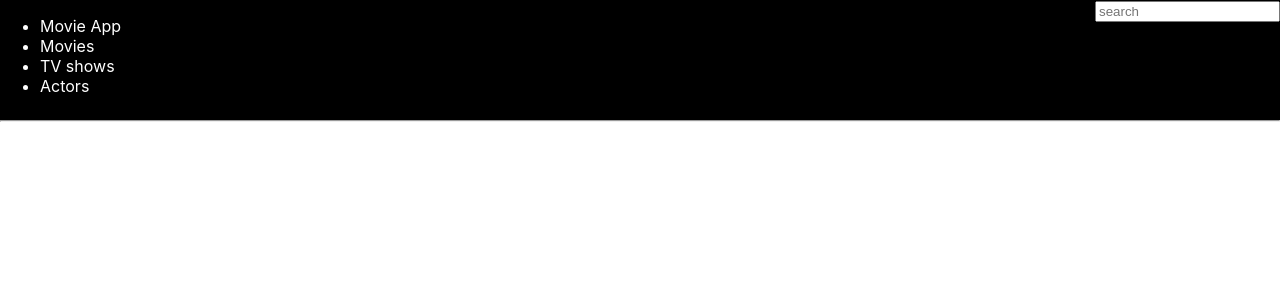
Repository: manahiang/MovieMana
Page: / (app in src/)
These files come from the project's save history. The page is drawn as it stood at one moment and after a run of saves; the edit follows.
The browser window is 1280 px wide. The pictures show the whole page.
The project was rebuilt for these pictures with package versions that can differ from the ones it lists, and the page was loaded fresh each time. Also part of the build but not shown: src/src/App.css.

Above is the page before, as saved 2022-11-14 10:38:09.

### src/src/index.css
body {
  margin: 0;
  font-family: -apple-system, BlinkMacSystemFont, 'Segoe UI', 'Roboto', 'Oxygen',
    'Ubuntu', 'Cantarell', 'Fira Sans', 'Droid Sans', 'Helvetica Neue',
    sans-serif;
  -webkit-font-smoothing: antialiased;
  -moz-osx-font-smoothing: grayscale;
  color: white;
}
.header{
  width: 100%;
  height: 100%;
  background-color: black;
}
.navbar{
  display: flex;
  justify-content: space-between;
}

### src/src/App.js
//import logo from './logo.svg';
import './App.css';
import  MoiveMana from'./movieMana'

function App() {
  return (
  <MoiveMana/>
  );
}

export default App;

### src/src/movieMana.js
import'./index.css'
function MoiveMana(){
    return(
        <div className="header">
            <div className="navbar">
                <div className="menu">
                    <ul>
                        <li>Movie App</li>
                        <li><a hreft="#">Movies</a></li>
                        <li><a hreft="#">TV shows</a></li>
                        <li><a hreft="#">Actors</a></li>
                    </ul>
                </div>
                <div className="search">
                    <input type="text" placeholder="search"/>
                </div>
            </div>
            <hr/>
        </div>
    )
}
export default MoiveMana;

Loaded but not shown: src/public/index.html (common file); src/src/index.js (common file); src/src/reportWebVitals.js (common file)

After the next 2 saves:
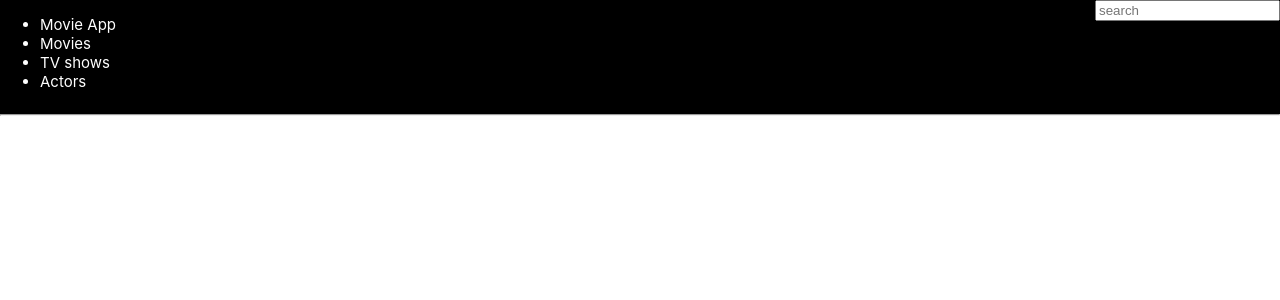
The 2 saves are shown as one change because they came seconds apart.
The last was saved 105 s later.
--- a/src/src/index.css
+++ b/src/src/index.css
@@ -15,4 +15,5 @@ body {
 .navbar{
   display: flex;
   justify-content: space-between;
+  font-size: 15px;
 }
